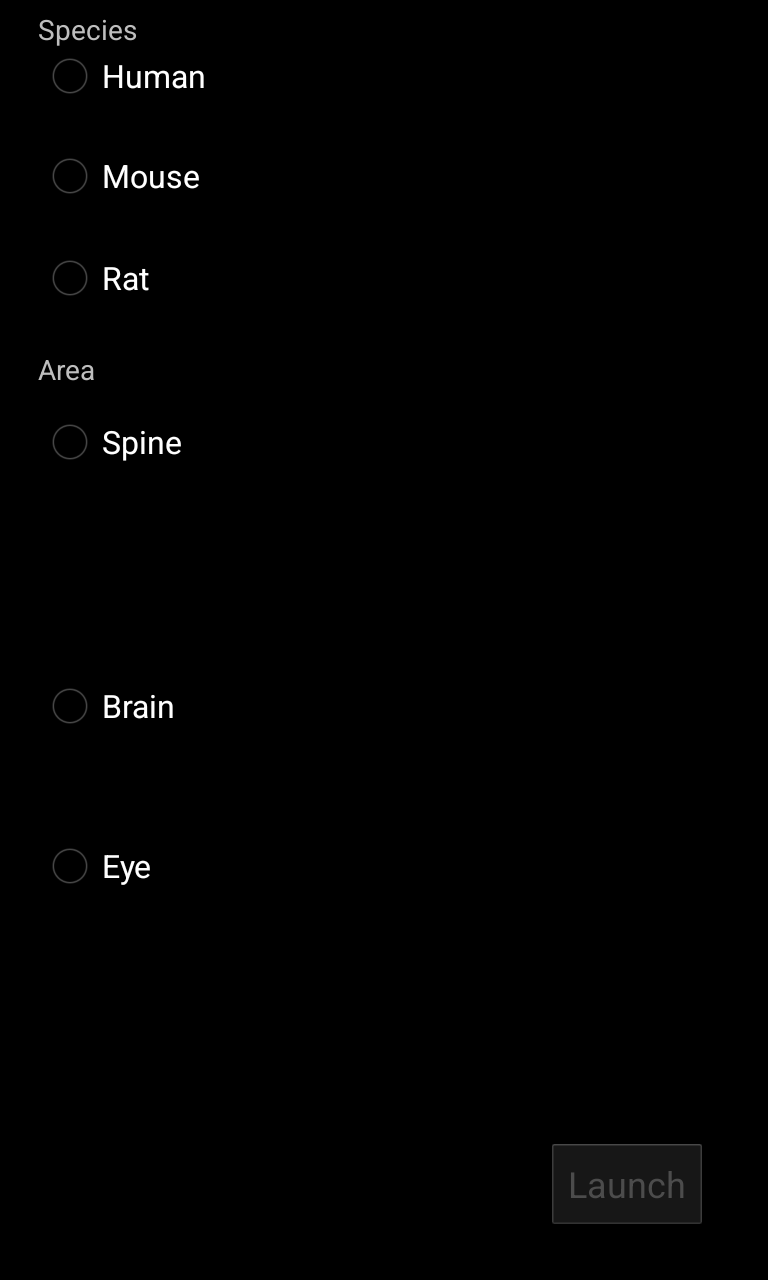
Repository: Ekarg/CSCE315Project3
Layout: Project3/res/layout/activity_main.xml
These files come from the project's save history. The layout is drawn as it stood at one moment and after the next save; the edit follows.
It is drawn on a 768 x 1280 px phone screen (xhdpi) without system bars, with theme android:Theme.Holo; the app's code is not run.

Above is the layout before, as saved 2013-11-27 20:10:54.

After the next save:
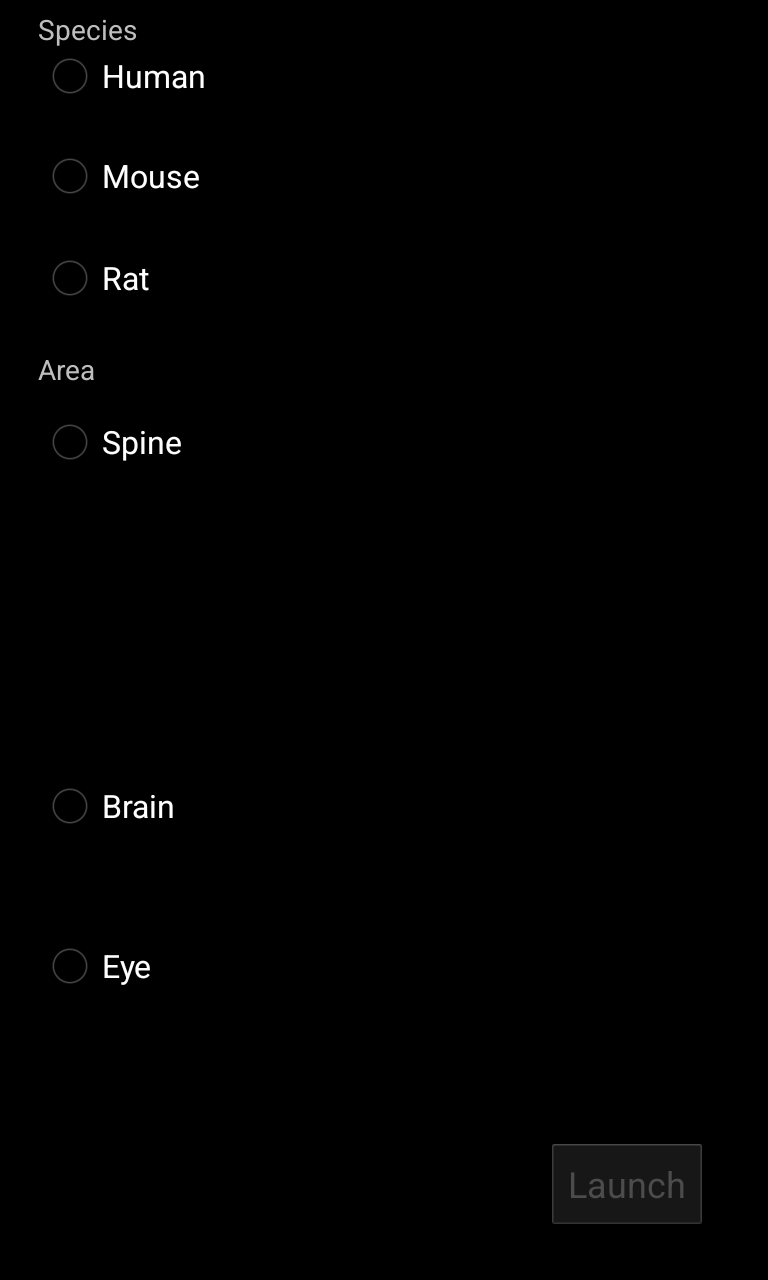
Saved 13 s later.
--- a/Project3/res/layout/activity_main.xml
+++ b/Project3/res/layout/activity_main.xml
@@ -100,7 +100,7 @@
 	        android:layout_width="wrap_content"
 	        android:layout_height="wrap_content"
 	        android:layout_marginLeft="14dp"
-	        android:layout_marginTop="100dp"
+	        android:layout_marginTop="150dp"
 	        android:checked="false"
 	        android:onClick="onRadioButtonClicked"
 	        android:text="@string/brain" />
